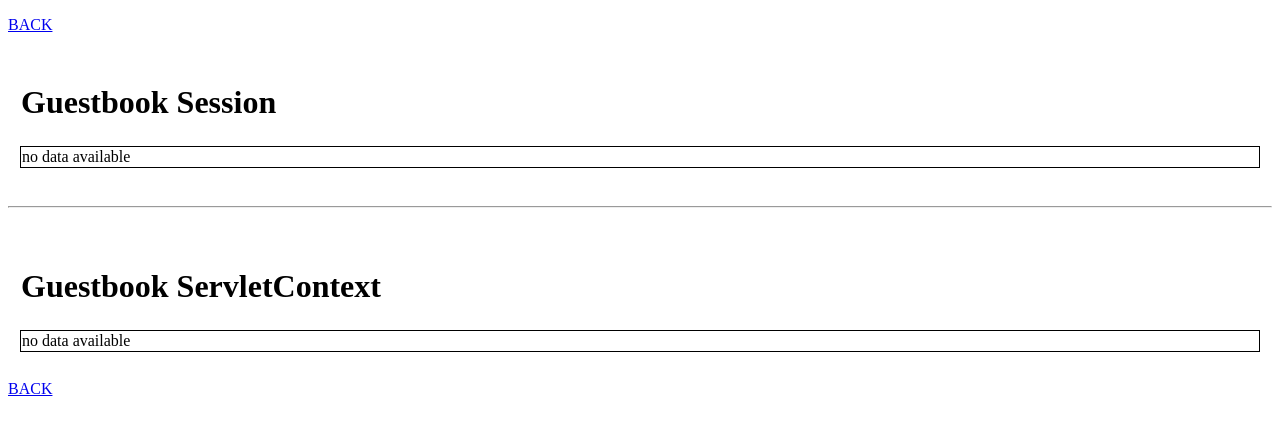
Repository: davidm15/FirstServlet
Page: http://localhost/Planetbook/show.jsp
The author's editor kept a copy of each file at every save. The page is drawn from the files as they stood at one save, then again after the next save.
The browser window is 1280 px wide. The pictures show the whole page.
The page is served by Tomcat 9. Other server files are loaded and not shown.

Above is the page before, as saved 2017-03-19 12:30:26.

### Planetbook/WebContent/show.jsp
<!DOCTYPE html>
<%@taglib uri="http://java.sun.com/jsp/jstl/core" prefix="c"%>
<%@taglib uri="http://java.sun.com/jsp/jstl/functions" prefix="fn"%>
<%@taglib uri="http://java.sun.com/jsp/jstl/fmt" prefix="fmt"%>
<html>
<head>
<meta charset="UTF-8">
<title>Insert title here</title>
</head>
<body>

	<p>
		<a href="index.jsp">BACK</a>
	</p>

	<table style="width: 100%; padding: 10px;">
		<thead>
			<tr>
				<td><h1>Guestbook Session</h1></td>
			</tr>
		</thead>
		<tbody>
			<tr>
				<td style="border: 1px solid;">
				<c:if test="${empty sessionScope.gbm}">
					no data available
				</c:if>
				 <c:forEach items="${sessionScope.gbm.guestBookEntries}" var="gb">
						<h3>${gb.headline}</h3>
						<p>${gb.user}</p>
						<p>${gb.text}</p>
						<hr>
					</c:forEach></td>
			</tr>
		</tbody>
	</table>

	<br>
	<hr>
	<br>


	<table style="width: 100%; padding: 10px;">
		<thead>
			<tr>
				<td><h1>Guestbook ServletContext</h1></td>
			</tr>
		</thead>
		<tbody>
			<tr>
				<td style="border: 1px solid;">
					<c:if test="${empty applicationScope.pbm}">
						no data available
					</c:if>
					 <c:forEach items="${applicationScope.pbm.planetBookEntries}" var="pb">
						<h3>${gb.headline}</h3>
						<p>${gb.user}</p>
						<p>${gb.text}</p>
						<hr>
					</c:forEach></td>
			</tr>
		</tbody>
	</table>

	<p>
		<a href="index.jsp">BACK</a>
	</p>

</body>
</html>

After the next save:
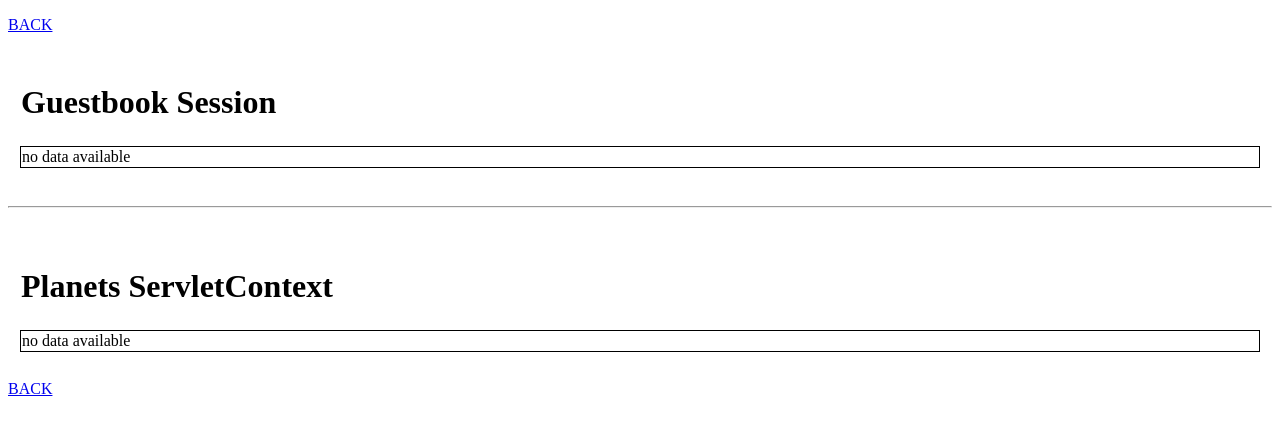
Saved 7 s later.
--- a/Planetbook/WebContent/show.jsp
+++ b/Planetbook/WebContent/show.jsp
@@ -43,7 +43,7 @@
 	<table style="width: 100%; padding: 10px;">
 		<thead>
 			<tr>
-				<td><h1>Guestbook ServletContext</h1></td>
+				<td><h1>Planets ServletContext</h1></td>
 			</tr>
 		</thead>
 		<tbody>
